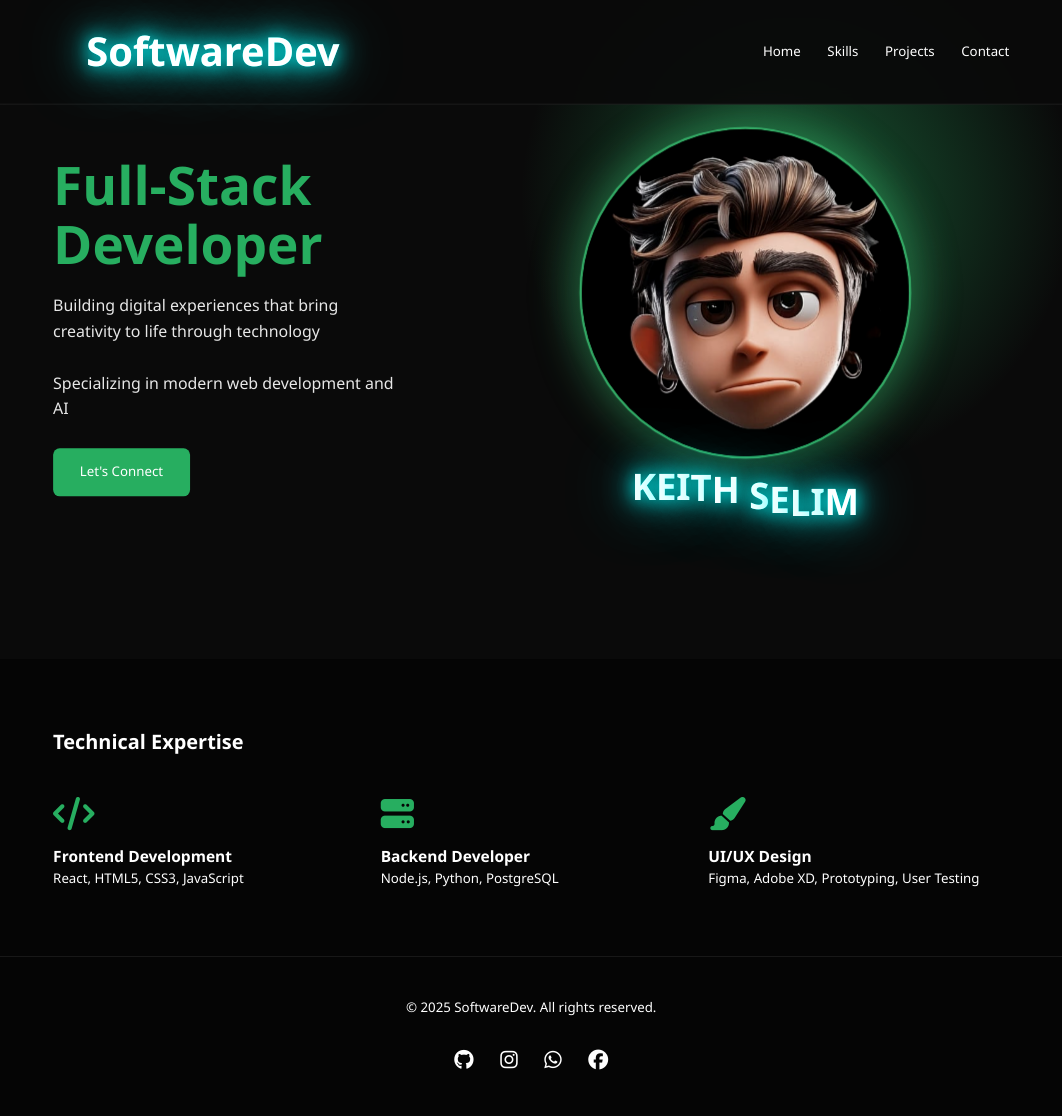
Repository: PEEZYBEE/my-react-portfolio
Page: /
These files come from the project's save history. The page is drawn as it stood at one moment and after a run of saves; the edit follows.
The browser window is 1280 px wide. The pictures show the whole page, at 83% of full size.
The project was rebuilt for these pictures with package versions that can differ from the ones it lists, and the page was loaded fresh each time. Also part of the build but not shown: vite.config.js.

Above is the page before, as saved 2025-04-21 02:00:23.

After the next 2 saves:
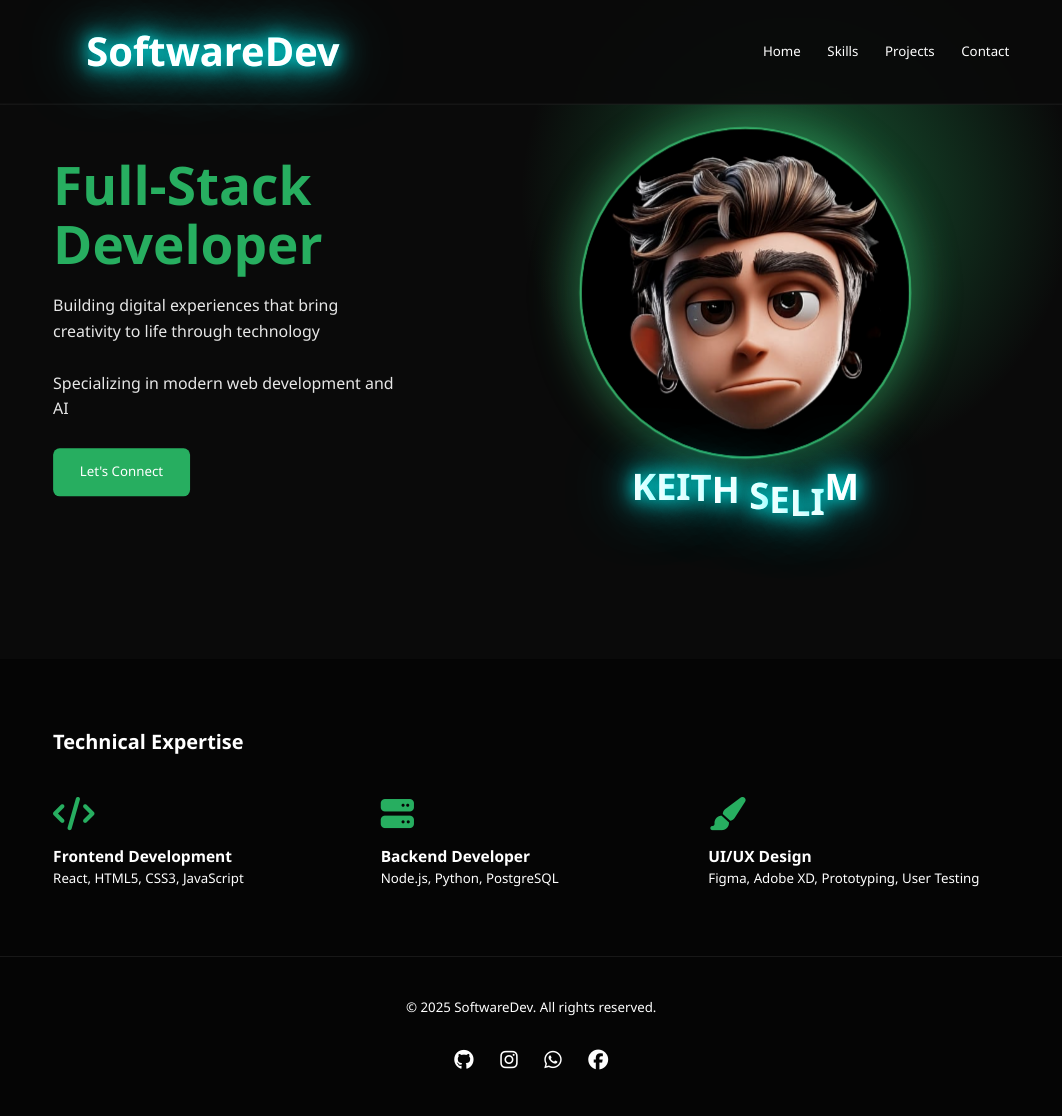
The 2 saves are shown as one change because they came seconds apart.
The last was saved 3 min 47 s later.
--- a/src/components/Hero.css
+++ b/src/components/Hero.css
@@ -36,24 +36,59 @@
 
   .bouncing-letters span {
     display: inline-block;
-    animation: bounce 1s infinite alternate;
-  }
+    color: white;
+    text-shadow: 0px 0px 0px cyan,
+                 0px 0px 20px cyan,
+                 0px 0px 40px cyan,
+                 0px 0px 80px cyan;
+    font-size: 44px;
+    font-weight: bold;
+    animation: bounce 0.8s ease infinite alternate;
 
-  .bouncing-letters span:nth-child(2) { animation-delay: 0.1s; }
-  .bouncing-letters span:nth-child(3) { animation-delay: 0.2s; }
-  .bouncing-letters span:nth-child(4) { animation-delay: 0.3s; }
-  .bouncing-letters span:nth-child(5) { animation-delay: 0.4s; }
-  .bouncing-letters span:nth-child(6) { animation-delay: 0.5s; }
-  .bouncing-letters span:nth-child(7) { animation-delay: 0.6s; }
-  .bouncing-letters span:nth-child(8) { animation-delay: 0.7s; }
-  .bouncing-letters span:nth-child(9) { animation-delay: 0.8s; }
-  .bouncing-letters span:nth-child(10) { animation-delay: 0.9s; }
-  .bouncing-letters span:nth-child(11) { animation-delay: 1s; }
 
-  @keyframes bounce {
-    0% { transform: translateY(0); }
-    100% { transform: translateY(-10px); }
-  }
+
+    }
+
+    @keyframes bounce {
+        0% { transform: translateY(0) }
+        100% { transform: translateY(-20px) }
+
+    }
+
+    .bouncing-letters span:nth-child(1)
+    { animation-delay:  0.1s; }
+
+
+    .bouncing-letters span:nth-child(2)
+    { animation-delay:  0.2s; }
+
+
+    .bouncing-letters span:nth-child(3)
+    { animation-delay:  0.3s; }
+
+
+    .bouncing-letters span:nth-child(4)
+    { animation-delay:  0.4s; }
+
+
+    .bouncing-letters span:nth-child(5)
+    { animation-delay: 0.5s; }
+
+
+    .bouncing-letters span:nth-child(6)
+    { animation-delay:  0.6s; }
+
+    .bouncing-letters span:nth-child(7)
+    { animation-delay:  0.7s; }
+
+    .bouncing-letters span:nth-child(8)
+    { animation-delay:  0.8s; }
+
+    .bouncing-letters span:nth-child(9)
+    { animation-delay:  0.9s; }
+
+    .bouncing-letters span:nth-child(10)
+    { animation-delay:  1.0s; }
   @media (max-width: 768px) {
     .hero-image-container {
       margin-left: 0; /* Reset for small screens */
